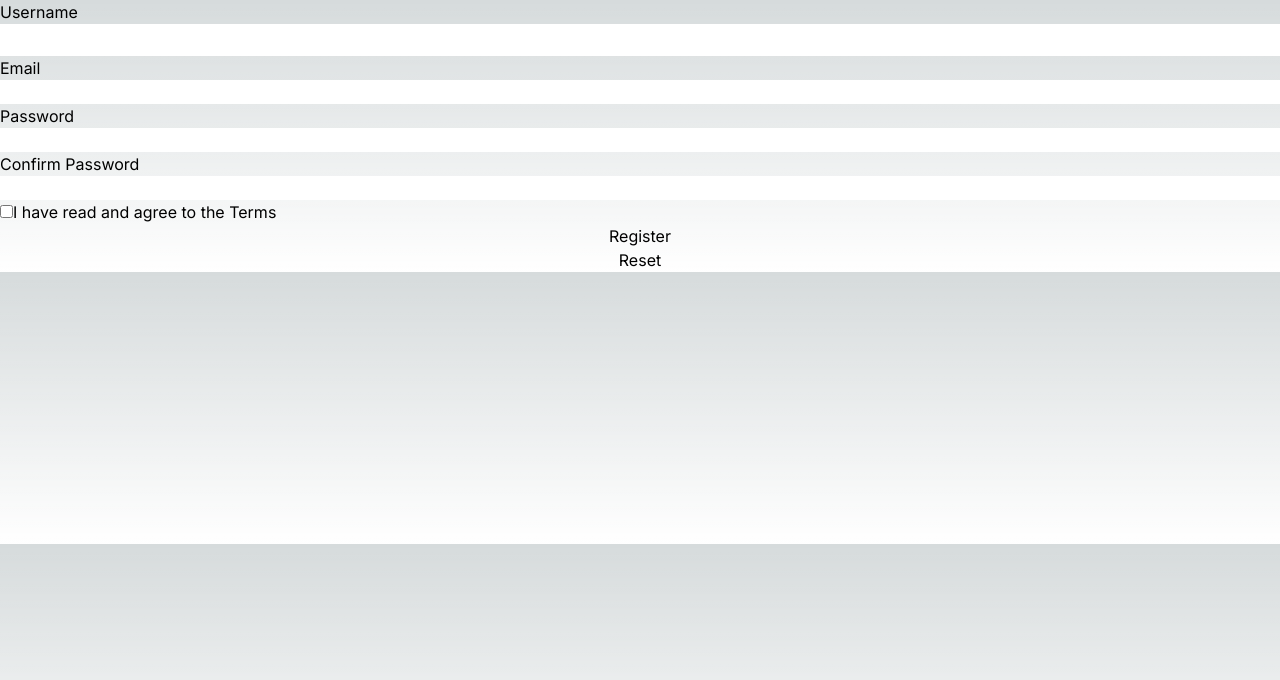
Repository: uh-sman/tiktok-card
Page: /
The author's editor kept a copy of each file at every save. The page is drawn from the files as they stood at one save, then again after the next save.
The browser window is 1280 px wide. The pictures show the whole page.
The project was rebuilt for these pictures with package versions that can differ from the ones it lists, and the page was loaded fresh each time. The framework's server and built-in components were replaced by stand-ins that run in the browser. Also part of the build but not shown: next.config.js.

Above is the page before, as saved 2023-12-19 13:46:00.

After the next save:
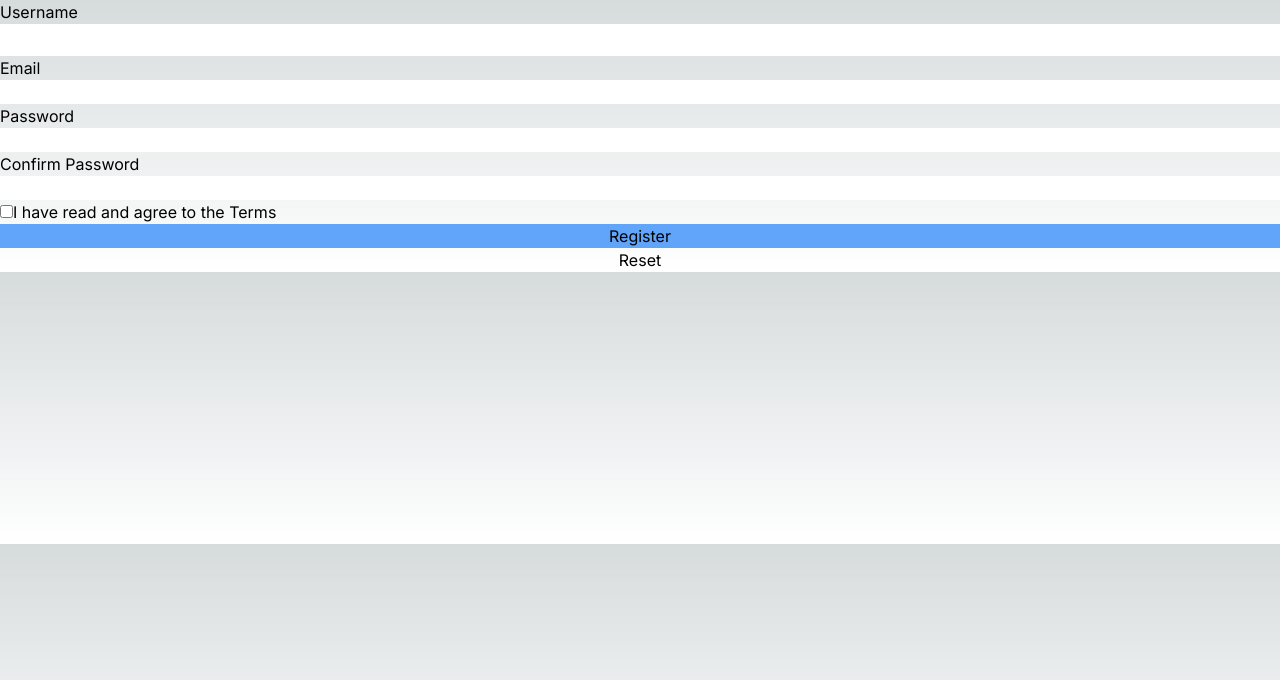
Saved 10 s later.
--- a/app/components/AuthForm.tsx
+++ b/app/components/AuthForm.tsx
@@ -83,7 +83,7 @@ const AuthForm: React.FC = () => {
           </div>
 
           <div className="flex flex-col">
-            <button type="submit" className="bg-primary">
+            <button type="submit" className="bg-blue-400">
               Register
             </button>
             <button
